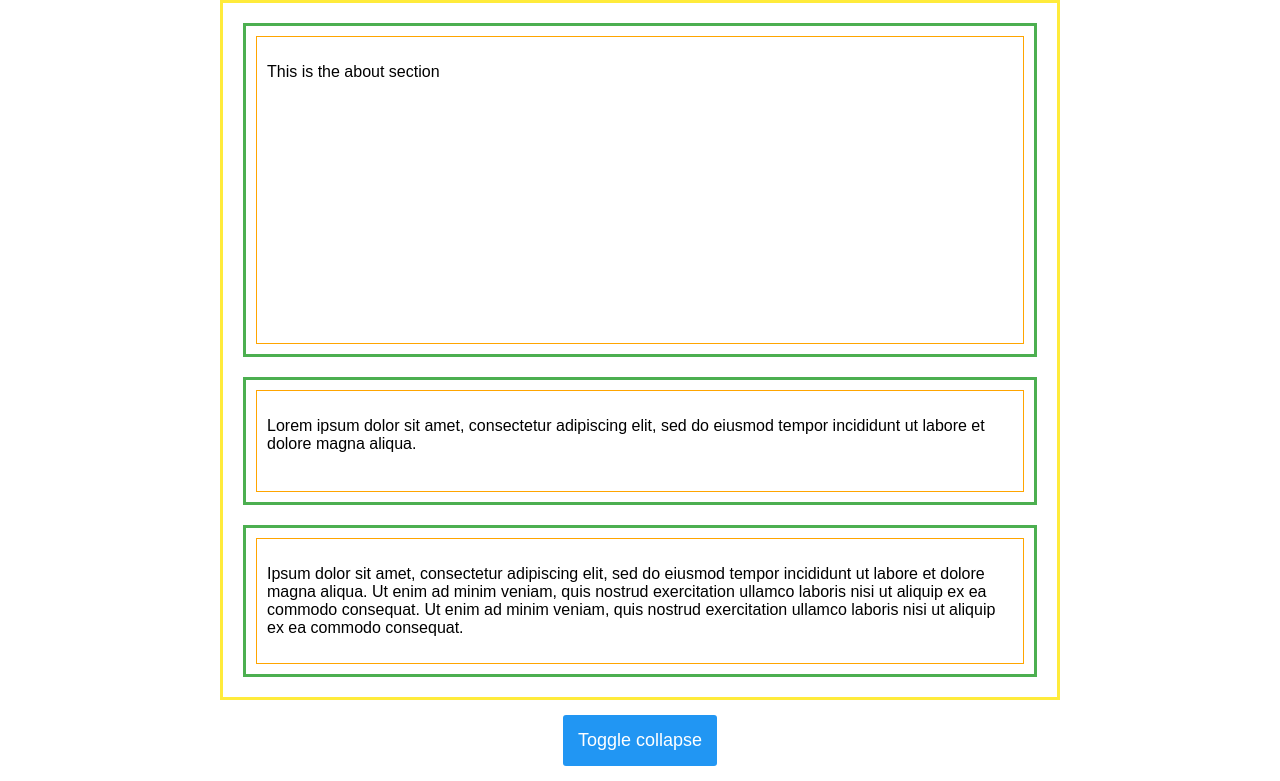
Repository: dsbarnes/groovy-blog
Page: index.html
An editor plug-in stored every save of this project. The page is shown before and after the next save, followed by the edit.
The browser window is 1280 px wide. The pictures show the whole page.
The style sheet was rebuilt from its Sass, Less or Tailwind sources for each picture, by a compiler version that may differ from the author's.

Above is the page before, as saved 2020-05-09 00:10:54.

After the next save:
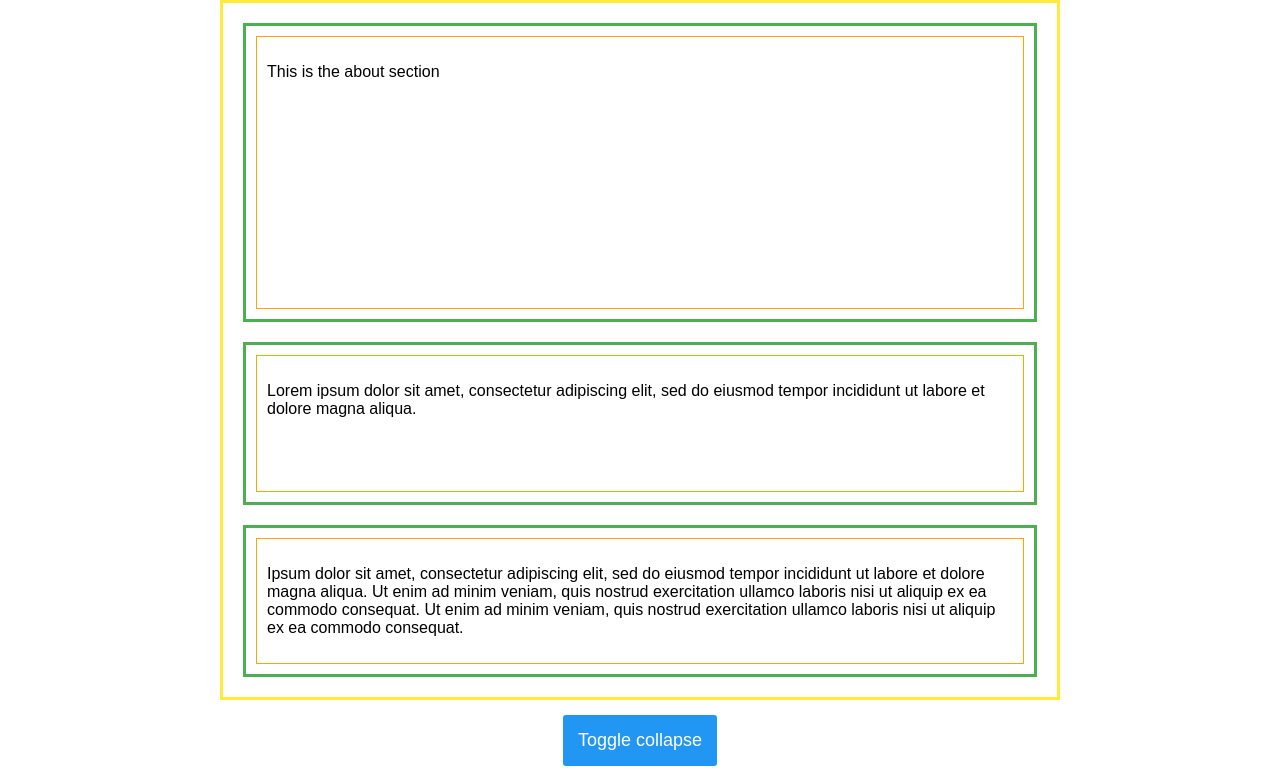
Saved 5 min 35 s later.
--- a/style.scss
+++ b/style.scss
@@ -9,7 +9,7 @@
 }
 
 .section-one {
-  flex:3;
+  flex:2;
   border:3px solid #4CAF50;
   margin: 10px;
   padding: 10px;
